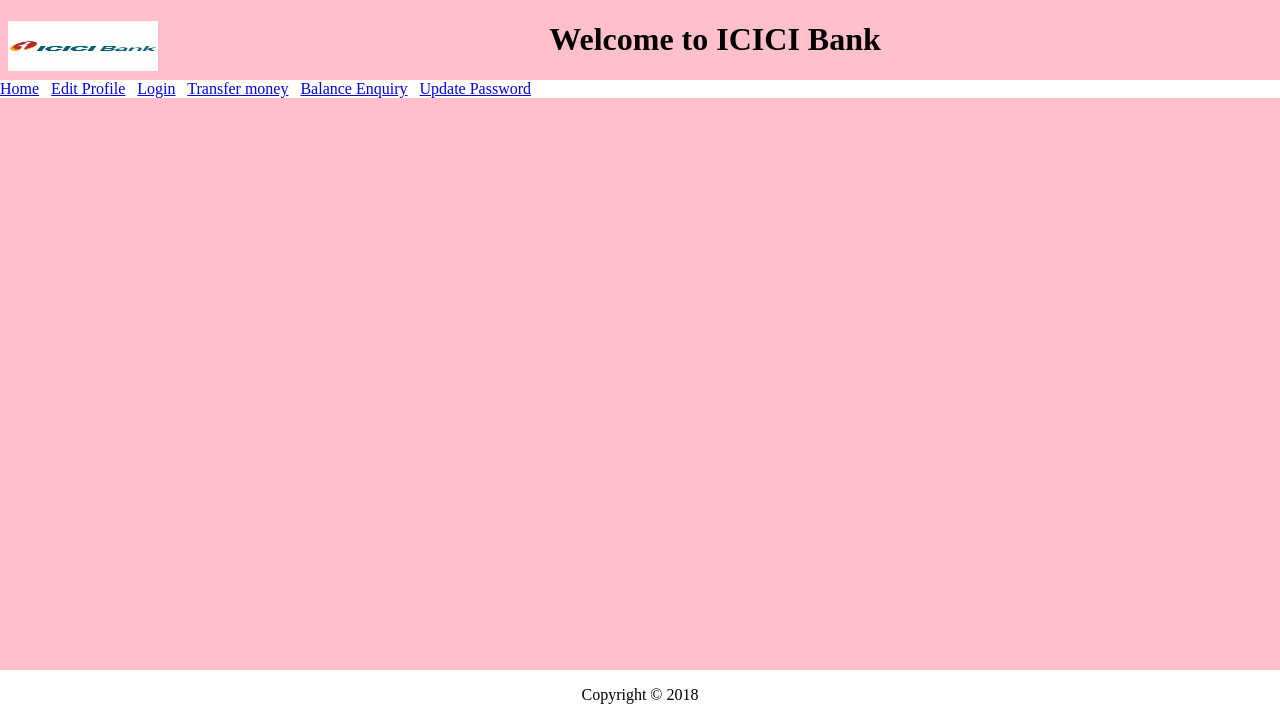
Repository: laikrish/day10
Page: http://localhost/BankApp/
These files come from the project's save history. The page is drawn as it stood at one moment and after the next save; the edit follows.
The browser window is 1280 px wide. The pictures show the whole page.
The page is served by Tomcat 9.

Above is the page before, as saved 2018-09-15 10:47:21.

After the next save:
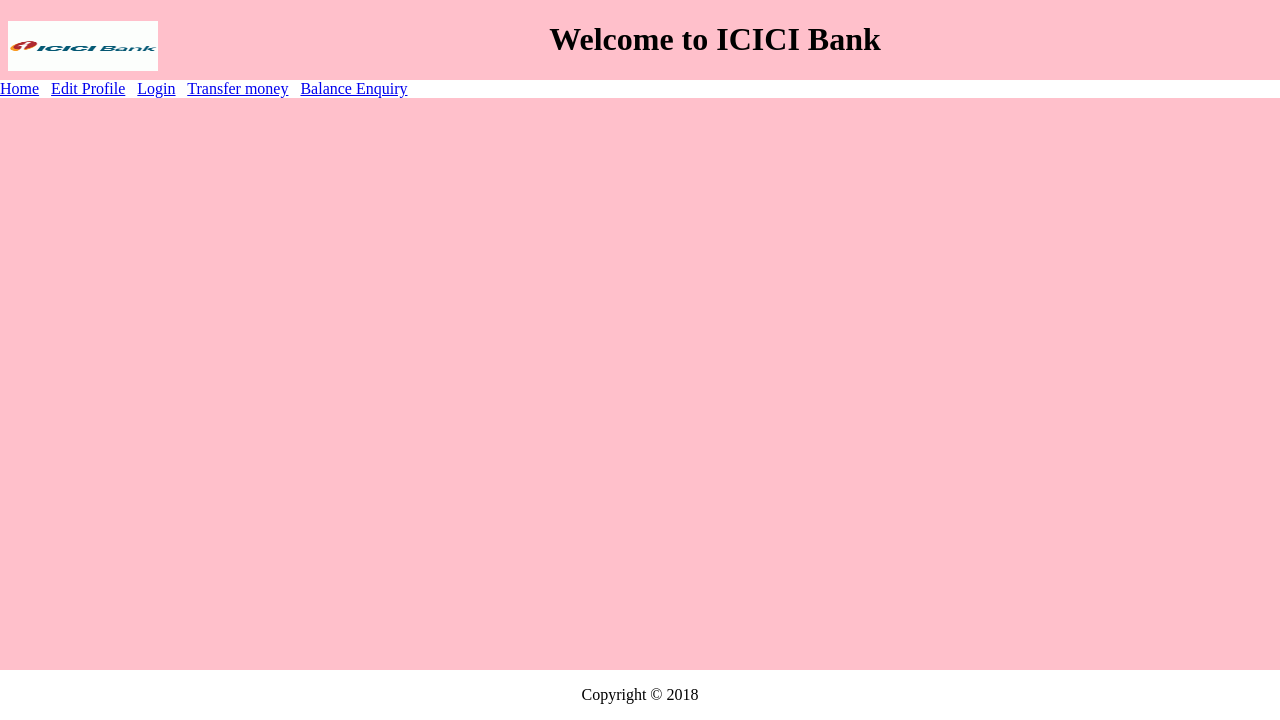
Saved 97 s later.
--- a/BankApp/WebContent/header.jsp
+++ b/BankApp/WebContent/header.jsp
@@ -38,8 +38,6 @@
 		<a href="login.jsp">Balance Enquiry</a>
 		&nbsp
 
-		<a href="updatepassword.jsp">Update Password</a>
-		&nbsp
 
 
   </div>

After the save that followed:
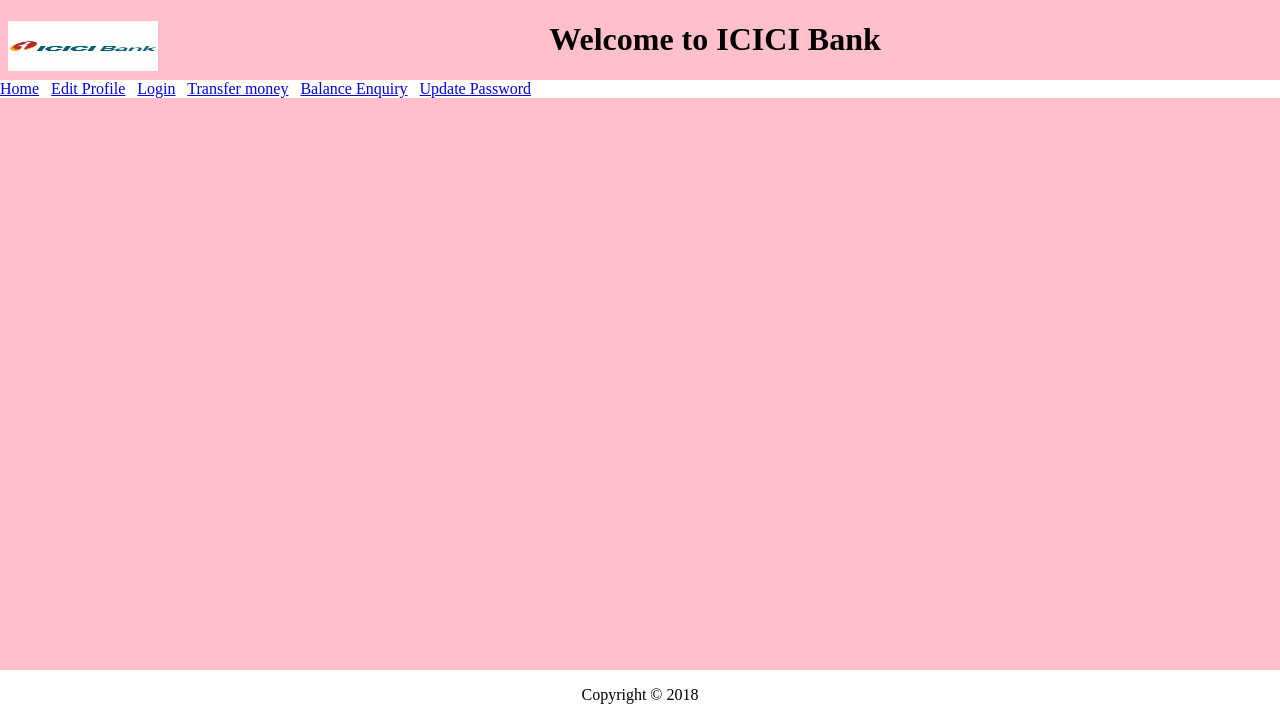
Saved 96 s later.
--- a/BankApp/WebContent/header.jsp
+++ b/BankApp/WebContent/header.jsp
@@ -38,6 +38,8 @@
 		<a href="login.jsp">Balance Enquiry</a>
 		&nbsp
 
+		<a href="updatepassword.jsp">Update Password</a>
+		&nbsp
 
 
   </div>
